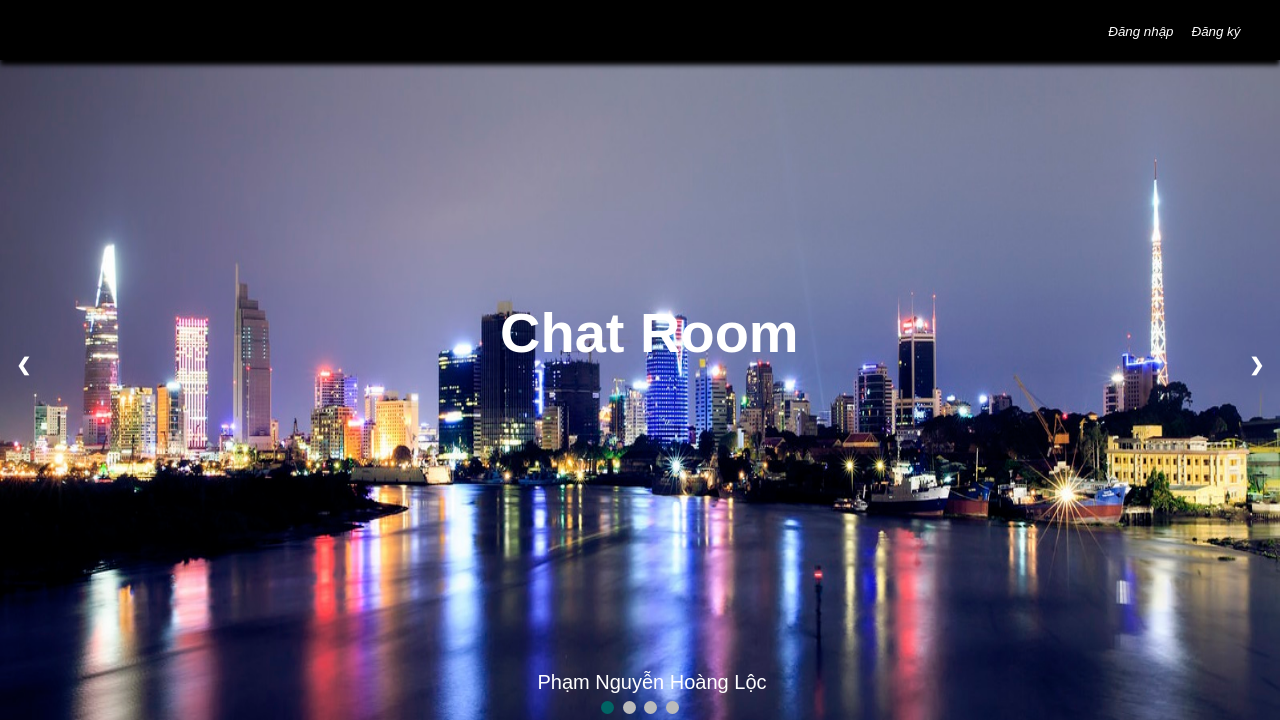
Repository: viplocpro/jsp
Page: ChatServlet/WebContent/index.html
These files come from the project's save history. The page is drawn as it stood at one moment and after the next save; the edit follows.
The browser window is 1280 px wide. The pictures show the whole page.

Above is the page before, as saved 2016-10-13 03:11:55.

After the next save:
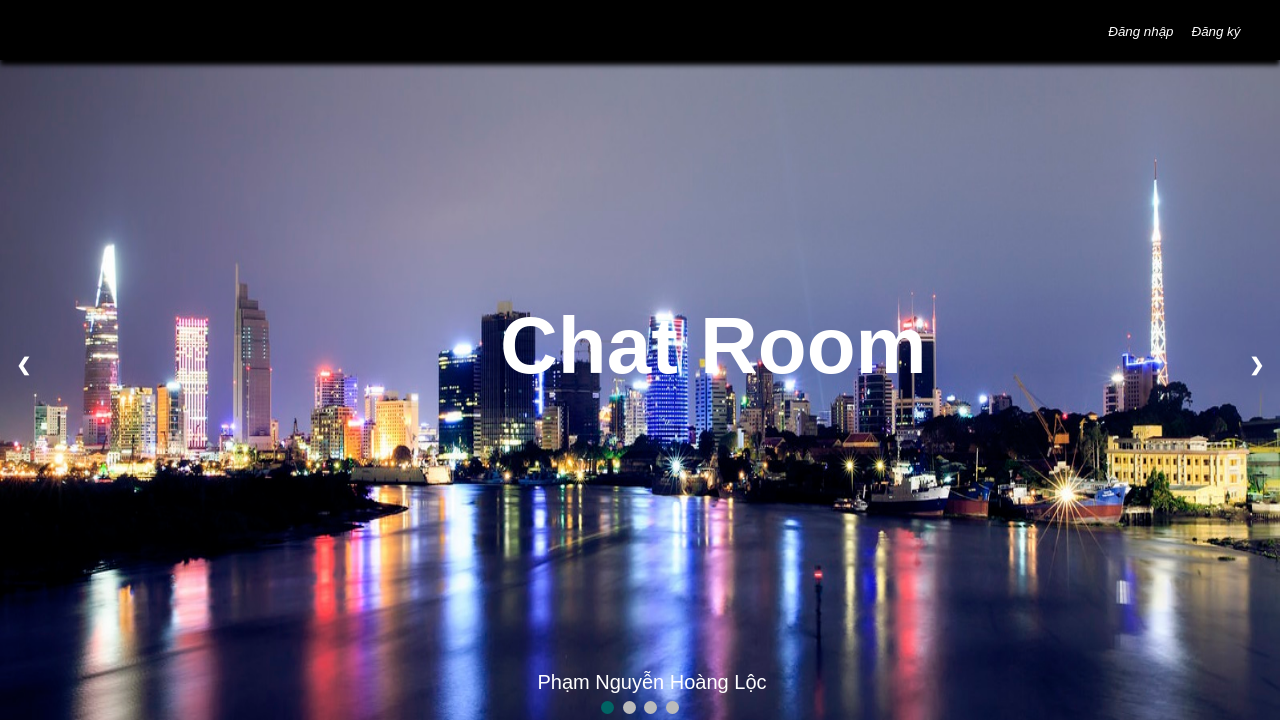
Saved 8 s later.
--- a/ChatServlet/WebContent/style/style.css
+++ b/ChatServlet/WebContent/style/style.css
@@ -169,7 +169,7 @@ body{
 
 .banner{
 	color: white;
-	font-size: 350%;
+	font-size: 500%;
 	font-weight: bold;
 	position: absolute;
 	top: 300px;
